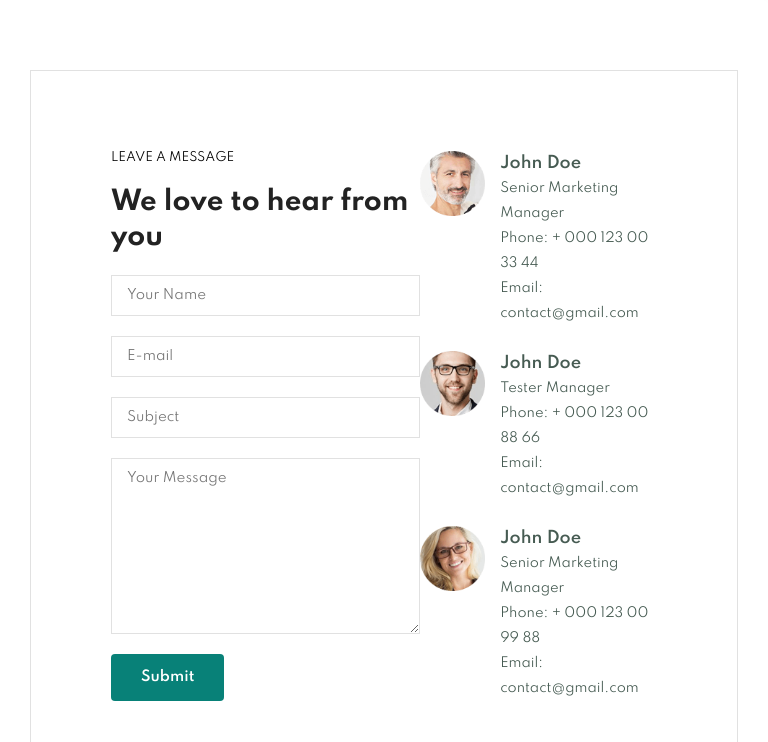
Repository: MinhNhatIT2901/Ecommerce
Page: contact.html
The author's editor kept a copy of each file at every save. The page is drawn from the files as they stood at one save, then again after the next save.
The browser window is 768 px wide. The pictures show the part of the page from y = 845 to 1587 px (the page is 2621 px tall before and 2516 px after).
Pictures or frames that could not be fetched are drawn as grey boxes. Some web libraries are served in a nearby version.

Above is the page before, as saved 2022-01-19 21:28:40.

After the next save:
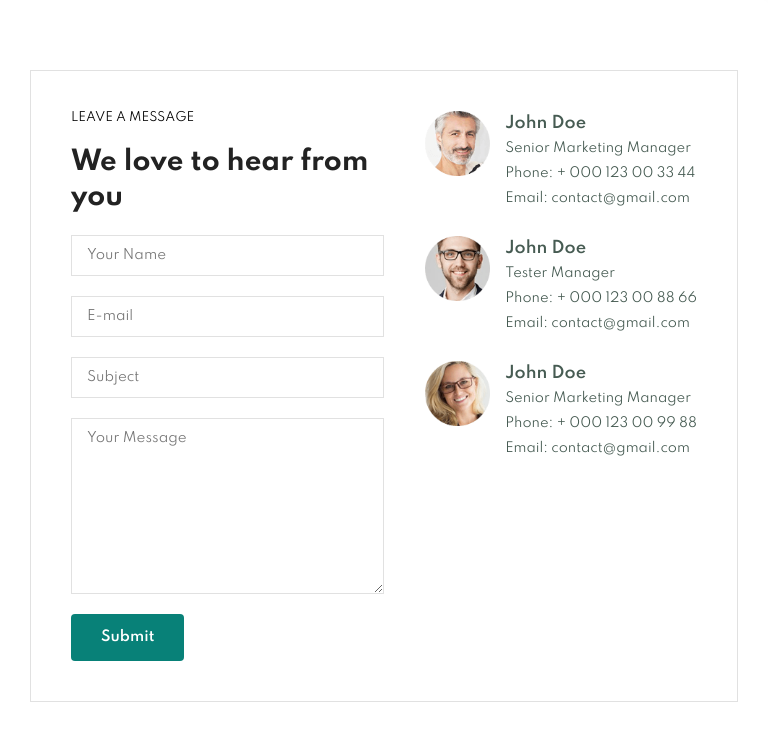
Saved 2 min 46 s later.
--- a/styles/style.css
+++ b/styles/style.css
@@ -961,6 +961,15 @@ footer a:hover {
   #newsletter .form {
     width: 100%;
   }
+
+  /* Contact Page */
+  #form-details {
+    padding: 40px;
+  }
+
+  #form-details form {
+    width: 50%;
+  }
 }
 
 @media (max-width: 477px) {
